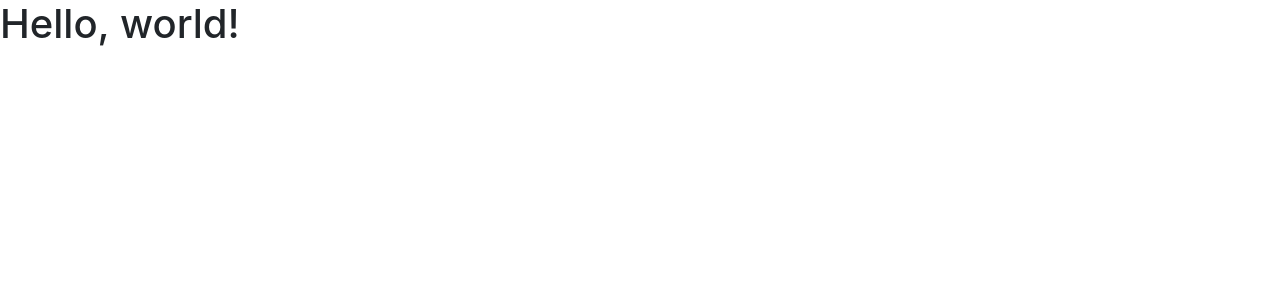
Repository: HarshViijay/spring-boot
Page: http://localhost/ToDoApp/home
These files come from the project's save history. The page is drawn as it stood at one moment and after the next save; the edit follows.
The browser window is 1280 px wide. The pictures show the whole page.
Some web libraries are served in a nearby version. The page is served by Tomcat 9. Other server files are loaded and not shown.

Above is the page before, as saved 2023-03-12 11:01:44.

### ToDoApp/src/main/webapp/WEB-INF/pages/home.jsp
<%@ page language="java" contentType="text/html; charset=UTF-8"
    pageEncoding="UTF-8"%>
<!doctype html>
<html lang="en">
  <head>
    <!-- Required meta tags -->
    <meta charset="utf-8">
    <meta name="viewport" content="width=device-width, initial-scale=1, shrink-to-fit=no">

    <!-- Bootstrap CSS -->
    <link rel="stylesheet" href="https://cdn.jsdelivr.net/npm/bootstrap@4.0.0/dist/css/bootstrap.min.css" integrity="sha384-Gn5384xqQ1aoWXA+058RXPxPg6fy4IWvTNh0E263XmFcJlSAwiGgFAW/dAiS6JXm" crossorigin="anonymous">

    <title>Hello, world!</title>
  </head>
  <body>

    <h1>Hello, world!</h1>

    <!-- Optional JavaScript -->
    <!-- jQuery first, then Popper.js, then Bootstrap JS -->
    <script src="https://code.jquery.com/jquery-3.2.1.slim.min.js" integrity="sha384-KJ3o2DKtIkvYIK3UENzmM7KCkRr/rE9/Qpg6aAZGJwFDMVNA/GpGFF93hXpG5KkN" crossorigin="anonymous"></script>
    <script src="https://cdn.jsdelivr.net/npm/popper.js@1.12.9/dist/umd/popper.min.js" integrity="sha384-ApNbgh9B+Y1QKtv3Rn7W3mgPxhU9K/ScQsAP7hUibX39j7fakFPskvXusvfa0b4Q" crossorigin="anonymous"></script>
    <script src="https://cdn.jsdelivr.net/npm/bootstrap@4.0.0/dist/js/bootstrap.min.js" integrity="sha384-JZR6Spejh4U02d8jOt6vLEHfe/JQGiRRSQQxSfFWpi1MquVdAyjUar5+76PVCmYl" crossorigin="anonymous"></script>
  </body>
</html>

After the next save:
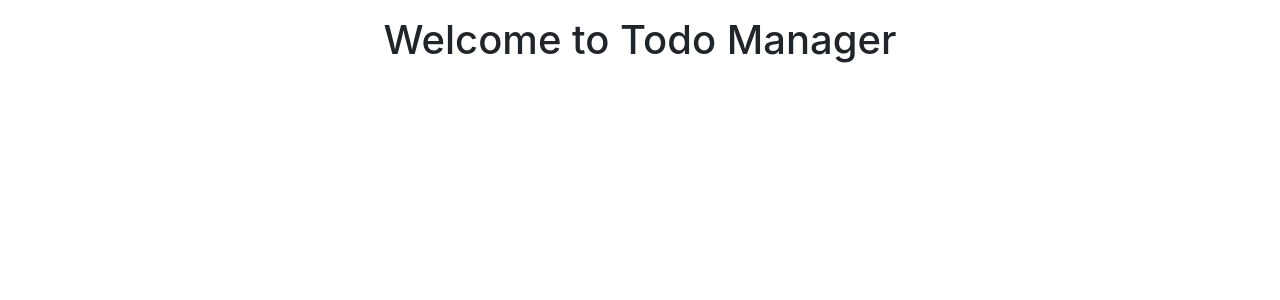
Saved 2 min 1 s later.
--- a/ToDoApp/src/main/webapp/WEB-INF/pages/home.jsp
+++ b/ToDoApp/src/main/webapp/WEB-INF/pages/home.jsp
@@ -10,11 +10,13 @@
     <!-- Bootstrap CSS -->
     <link rel="stylesheet" href="https://cdn.jsdelivr.net/npm/bootstrap@4.0.0/dist/css/bootstrap.min.css" integrity="sha384-Gn5384xqQ1aoWXA+058RXPxPg6fy4IWvTNh0E263XmFcJlSAwiGgFAW/dAiS6JXm" crossorigin="anonymous">
 
-    <title>Hello, world!</title>
+    <title>Our Todo App</title>
   </head>
   <body>
 
-    <h1>Hello, world!</h1>
+    <div class="container mt-3">
+    	<h1 class="text-center">Welcome to Todo Manager</h1>
+    </div>
 
     <!-- Optional JavaScript -->
     <!-- jQuery first, then Popper.js, then Bootstrap JS -->
